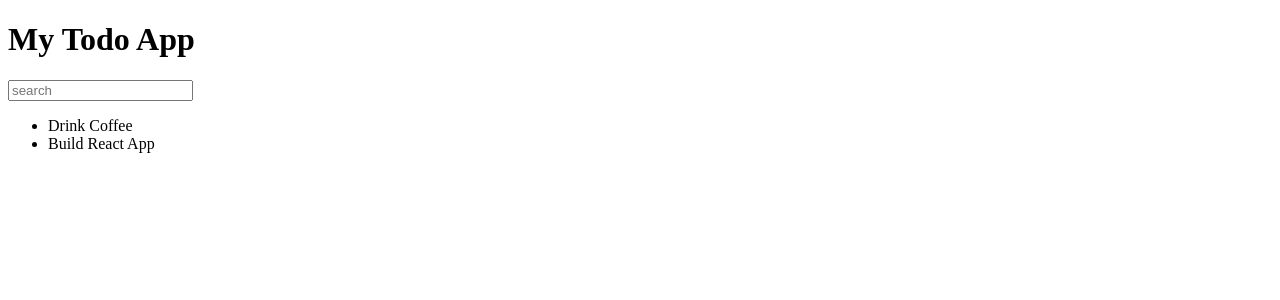
Repository: max535/react-todo-list
Page: /
An editor plug-in stored every save of this project. The page is shown before and after the next save, followed by the edit.
The browser window is 1280 px wide. The pictures show the whole page.
The project was rebuilt for these pictures with package versions that can differ from the ones it lists, and the page was loaded fresh each time.

Above is the page before, as saved 2022-01-15 21:58:45.

### public/index.html
<!DOCTYPE html>
<html>
  <head>
    <meta charset="utf-8" />
    <meta
      name="viewport"
      content="width=device-width, initial-scale=1" />
    <title>Todo App</title>
  </head>
  <body>
      <div id="root"></div>
  </body>
</html>

### src/index.js
import React from 'react';
import ReactDOM from 'react-dom';

import { AppHeader } from './components/AppHeader';
import { SearchPanel } from './components/SearchPanel';
import { TodoList } from './components/TodoList';

const App = () => {
    return (
        <div>
            <AppHeader />
            <SearchPanel />
            <TodoList />
        </div>
    );
}

ReactDOM.render(
    <App />,
    document.getElementById('root')
);

### src/components/AppHeader.jsx
import React from 'react';

export const AppHeader = () => {
    return <h1>My Todo App</h1>;
};

### src/components/SearchPanel.jsx
import React from 'react';

export const SearchPanel = () => {
    return <input placeholder="search" />;
}

### src/components/TodoList.jsx
import React from 'react';

import { TodoListItem } from './TodoListItem';

export const TodoList = () => {
    return (
        <ul>
            <li>
                <TodoListItem label="Drink Coffee" />
            </li>
            <li>
                <TodoListItem
                    label="Build React App"
                    important
                />
                </li>
        </ul>
    );
};

### src/components/TodoListItem.jsx
import React from 'react';

export const TodoListItem = ({label, important = false}) => {
    const listStyle = {
        color: important ? 'tomato' : 'black'
    };
    return <span>{label}</span>
};

After the next save:
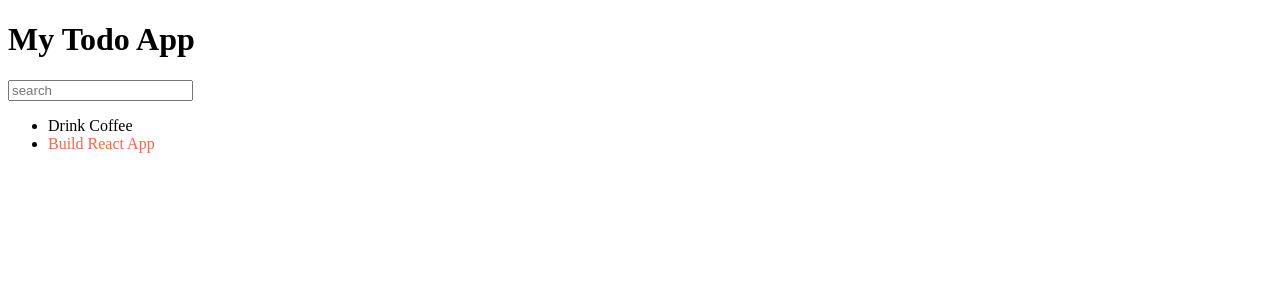
Saved 31 s later.
--- a/src/components/TodoListItem.jsx
+++ b/src/components/TodoListItem.jsx
@@ -1,8 +1,8 @@
 import React from 'react';
 
 export const TodoListItem = ({label, important = false}) => {
-    const listStyle = {
+    const style = {
         color: important ? 'tomato' : 'black'
     };
-    return <span>{label}</span>
+    return <span style={style}>{label}</span>
 };
